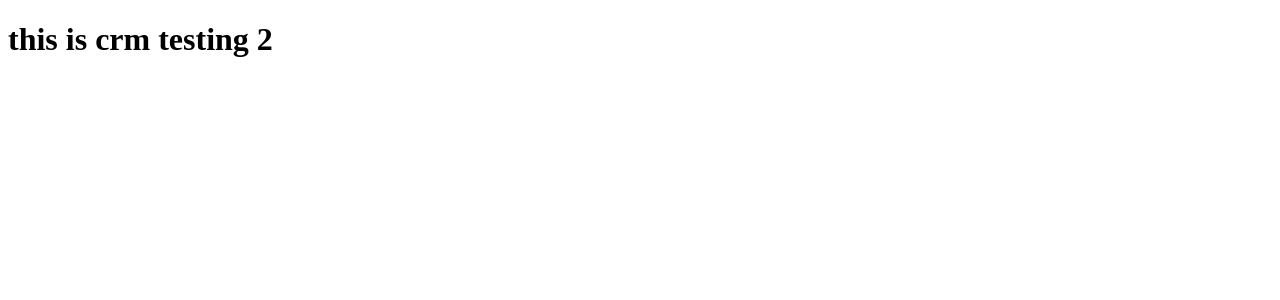
Repository: shivampatel4597/crm-testing-two
Page: index.html
These files come from the project's save history. The page is drawn as it stood at one moment and after a run of saves; the edit follows.
The browser window is 1280 px wide. The pictures show the whole page.

Above is the page before, as saved 2025-09-26 21:11:44.

### index.html
<!DOCTYPE html>
<html lang="en">
<head>
    <meta charset="UTF-8">
    <meta name="viewport" content="width=device-width, initial-scale=1.0">
    <title>Document</title>
</head>
<body>
    <h1>this is crm testing 2</h1>
    <p> </p>
</body>
</html>

After the next 2 saves:
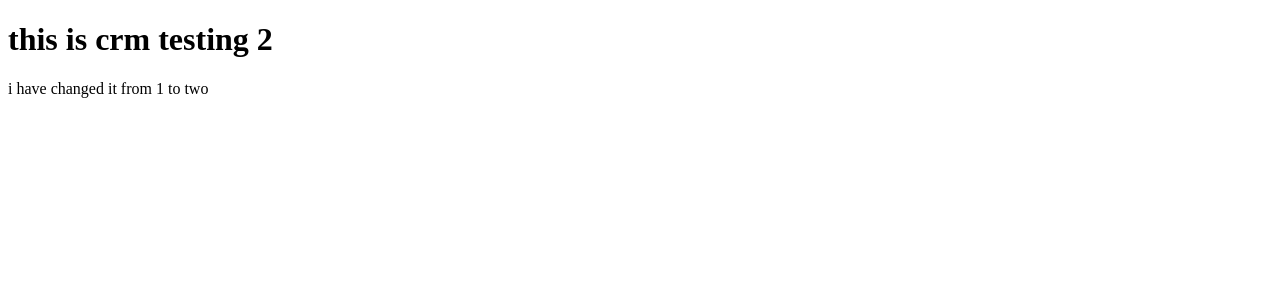
The 2 saves are shown as one change because they came seconds apart.
The last was saved 9 s later.
--- a/index.html
+++ b/index.html
@@ -7,6 +7,6 @@
 </head>
 <body>
     <h1>this is crm testing 2</h1>
-    <p> </p>
+    <p> i have changed it from 1 to two</p>
 </body>
 </html>
